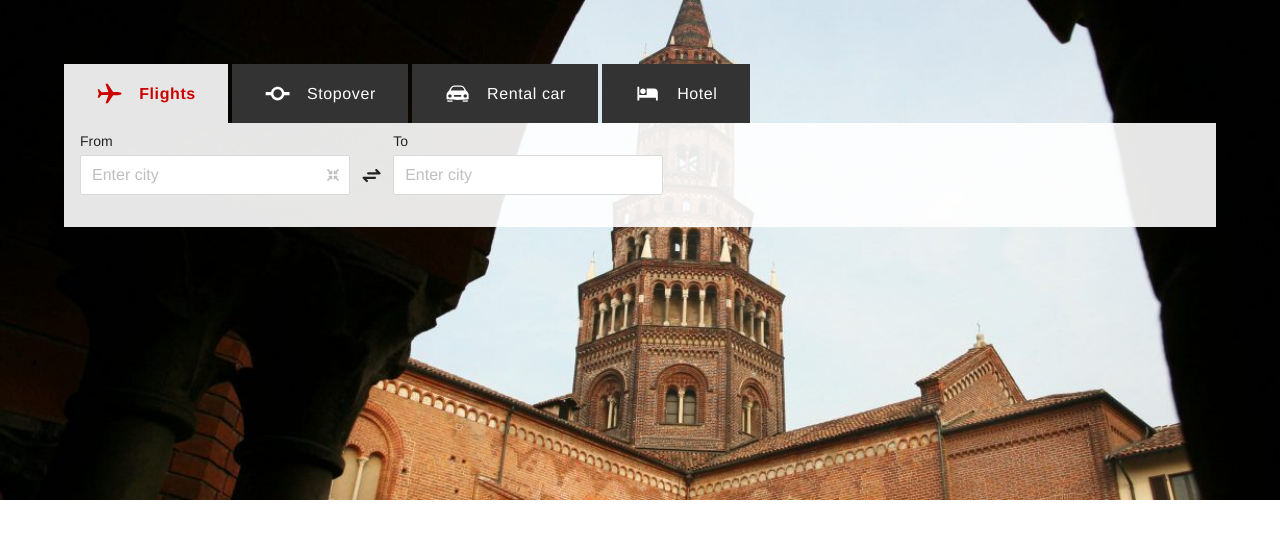
Repository: guidogr95/Everymundo-Excercise
Page: /
These files come from the project's save history. The page is drawn as it stood at one moment and after the next save; the edit follows.
The browser window is 1280 px wide. The pictures show the whole page.
The project was rebuilt for these pictures with package versions that can differ from the ones it lists, and the page was loaded fresh each time. Also part of the build but not shown: src/components/CustomSpin/customspin.scss.

Above is the page before, as saved 2021-07-01 17:11:24.

### src/App.jsx
// utils
import {
  QueryClient,
  QueryClientProvider,
} from 'react-query'
// styles
import 'antd/dist/antd.css';
import './app.scss';
// components
import BookingMask from 'src/components/BookingMask'

const queryClient = new QueryClient({
  defaultOptions: {
    queries: {
      refetchOnWindowFocus: false,
    },
  },
})

function App() {
  return (
    <QueryClientProvider client={queryClient}>
      <div className="App">
        <div className="flightmanager-container container" >
          <BookingMask />
        </div>
      </div>
    </QueryClientProvider>
  );
}

export default App;

### src/app.scss
@import 'styles/global';

.App {
  .container {
    width: $desktop-maxwidth;
    max-width: 100%;
  }
  .flightmanager-container {
    background: url('./assets/images/bg.jpg');
    background-size: cover;
    background-position: center;
    min-height: 500px;
    margin: auto;
    padding: 4rem;
  }
}

### src/components/BookingMask/index.jsx
import { useState } from 'react'
// styles
import './bookingmask.scss'
// assets
import { IoIosAirplane, IoMdGitCommit, IoIosCar, IoMdBed } from 'react-icons/io'
// components
import EmptyTab from './EmptyTab'
import FlightsTab from './FlightsTab'

const BookingMask = () => {
  const tabs = [
    {
      name: 'Flights',
      icon: <IoIosAirplane />,
      component: <FlightsTab />
    },
    {
      name: 'Stopover',
      icon: <IoMdGitCommit />,
      component: <EmptyTab />
    },
    {
      name: 'Rental car',
      icon: <IoIosCar />,
      component: <EmptyTab />
    },
    {
      name: 'Hotel',
      icon: <IoMdBed />,
      component: <EmptyTab />
    }
  ]

  const [activeTab, setActiveTab] = useState(tabs[0].name)
  const handleTab = name => setActiveTab(name)

  return (
    <section className="bookingmask" >
      <ul className="bookingmask__nav" >
        {tabs.map(tab =>
          <button
            className={activeTab === tab.name ? 'active' : ''}
            onClick={() => handleTab(tab.name)}
            key={tab.name}
          >
            {tab.icon}<span>{tab.name}</span>
          </button>
        )}
      </ul>
      <div className="bookingmask__tabs-wrapper" >
          {tabs.map(tab =>
            <div
              key={tab.name}
              className={`bookingmask__tab${activeTab === tab.name ? ' active' : ''}`}
            >
              {tab.component}
            </div>
          )}
      </div>
    </section>
  )
}

export default BookingMask

### src/styles/_global.scss
@import 'variables';
@import 'mixins';

html,
body {
  position: relative;
  padding: 0;
  margin: 0;
  font-family: $font-family;
  -webkit-text-size-adjust: 100%;
  -webkit-font-smoothing: auto;
  -moz-font-smoothing: auto;
  -moz-osx-font-smoothing: auto;
  --antd-wave-shadow-color: #c00;
}
* {
  box-sizing: border-box;
}
ul {
  margin: 0;
  padding: 0;
}
button {
  border: none;
  cursor: pointer;
}
.ant-select {
  min-width: 270px;
}
.ant-select:not(.ant-select-disabled):hover .ant-select-selector,
.ant-select-focused:not(.ant-select-disabled).ant-select:not(.ant-select-customize-input) .ant-select-selector {
  border-color: $color-red !important;
}
body::-moz-selection,
body::selection {
  color: $color-red !important;
  background: $color-red !important;
}

### src/styles/_variables.scss
// measurements
$desktop-maxwidth: 90rem;
// colors
$color-red: #c00;
$color-gray: #333333;
$color-white: #fff;
// fonts
// font-family
$font-family: SwissText,Helvetica,Arial,sans-serif,LufthansaMamSymbolText;
// font-weight
$font-weight-medium: 700;
$font-weight-small: 300;
// font-size
$font-size-normal: 1rem;
$font-size-large: 1.7rem;
// line height
$line-height-medium: 2.2rem;
// letter spacing
$letter-spacing-small: .6px;

// tab variables
// colors
$color-active-tab-bg: hsla(0,0%,100%,.9);
// padding
$padding-tab-link: 1rem 2rem;
$padding-tab-content: 2rem 1rem;
// margin
$margin-tab-link: 0 0 0 .25rem;

### src/styles/_mixins.scss
// MIXINS
@mixin breakpoint($point) {
  @media (max-width: $point) {
    @content;
  }
}

### src/components/BookingMask/bookingmask.scss
@import '/src/styles/variables';
.bookingmask {
  &__nav {
    list-style: none;
    button {
      &:not(:first-of-type) {
        margin: $margin-tab-link;
      }
      color: $color-white;
      background: $color-gray;
      padding: $padding-tab-link;
      display: inline-flex;
      align-items: center;
      font-size: $font-size-normal;
      font-weight: $font-weight-small;
      letter-spacing: $letter-spacing-small;
      &.active {
        color: $color-red;
        font-weight: $font-weight-medium;
        background-color: $color-active-tab-bg;
      }
      svg {
        margin-right: 1rem;
        font-size: $font-size-large;
      }
    }
  }
  &__tabs-wrapper {
    position: relative;
  }
  &__tab {
    position: absolute;
    top: 0;
    left: 0;
    right: 0;
    padding: $padding-tab-content;
    background-color: $color-active-tab-bg;
    display: none;
    &.active {
      display: block;
    }
  }
}

### src/components/BookingMask/EmptyTab/index.jsx
const EmptyTab = () => {
  return (
    <div>
      some more stuff
    </div>
  )
}

export default EmptyTab

### src/components/BookingMask/FlightsTab/index.jsx
// assets
import { CgArrowsExchange } from 'react-icons/cg'
import { FaCompressArrowsAlt } from 'react-icons/fa'
// components
import { useRef } from 'react'
import AirportInput from './AirportInput'

import './flightstab.scss'

const FlightsTab = ({ name, activeTab }) => {

  const fromRef = useRef(null)
  const toRef = useRef(null)

  return (
    <div className="bookingmask__flight" >
      <div className="bookingmask__flight--geo" >
        <AirportInput
          ref={fromRef}
          label="From"
          placeholder="Enter city"
          id="fromInput"
          showArrow={true}
          suffixIcon={<FaCompressArrowsAlt/>}
          />
        <span className="separator" >
          <CgArrowsExchange/>
        </span>
        <AirportInput
          ref={toRef}
          label="To"
          placeholder="Enter city"
          id="toInput"
          showArrow={false}
        />
      </div>
    </div>
  )
}

export default FlightsTab

### src/components/BookingMask/FlightsTab/AirportInput/index.jsx
import { forwardRef, useCallback, useState, useMemo } from 'react'
// utils
import throttle from 'lodash/throttle'
import { Select } from 'antd'
// api
import { fetchAirports } from 'src/api/fetchers'
// components
import CustomSpin from 'src/components/CustomSpin'

import './airportinput.scss'

const { Option } = Select;

const AirportInput = forwardRef(({ placeholder, showArrow, suffixIcon, label, id }, ref) => {
  const [term, setTerm] = useState('')
  const [isLoading, setIsLoading] = useState(false)
  const [data, setData] = useState([])

  const throttledFetch = useMemo(
    async() =>
      throttle(val => {
        fetchAirports(val)
        .then((res) => setData(res.data || []))
        .catch(() => setData([]))
        .finally(() => {
          setIsLoading(false)
        })
      }, 2000),
    []
  )
  const handleSelect = useCallback(
    val => {
      setIsLoading(true)
      const innerVal = val || ''
      setTerm(innerVal)
      // fetching api accepts a min of 3 letters for search
      if (innerVal.length <= 2) {
        setData([])
        setIsLoading(false)
      } else {
        throttledFetch(val)
      }
    },
    [throttledFetch]
  )

  return (
    <div className="airportinput__wrapper" >
      {label && <label htmlFor={id} >{label}</label>}
      <Select
        showSearch
        allowClear
        id={id}
        ref={ref}
        placeholder={placeholder || 'Enter city'}
        value={term || undefined}
        onSearch={handleSelect}
        onChange={(val) => setTerm(val)}
        onClear={handleSelect}
        size='large'
        showArrow={showArrow}
        suffixIcon={suffixIcon}
        optionLabelProp='value'
        defaultActiveFirstOption={false}
        dropdownClassName="airportinput__dropdown"
        filterOption={false}
        notFoundContent={isLoading ? <CustomSpin size="medium"/> : null}
      >
        {data.length > 0
          ? data.map(airport =>
            <Option key={airport.iata} value={`${airport.city} - ${airport.iata}`} >
              <span>{airport.name}</span>
              <span>{airport.iata}</span>
              <span>{airport.country.name}</span>
            </Option>)
          : null
        }
      </Select>
    </div>
  )
})

export default AirportInput

### src/components/BookingMask/FlightsTab/flightstab.scss
@import '/src/styles/variables';
.bookingmask__flight {
  &--geo {
    display: flex;
    .separator {
      display: flex;
      align-items: center;
      font-size: $font-size-large;
      padding: 0 .5rem;
    }
  }
}

### src/api/fetchers.js
// utils
import axios from 'axios'

const apiUrl = 'https://airportnames.vercel.app/api'

const fetchAirports = (term) => axios.post(`${apiUrl}/getAirports`, { term })

export {
  fetchAirports
}

### src/components/CustomSpin/index.jsx
import { Spin } from 'antd'
import { LoadingOutlined } from '@ant-design/icons'

import './customspin.scss'

const antIcon = <LoadingOutlined className="customspin" spin />

const CustomSpin = (props) => <Spin indicator={antIcon} {...props} />

export default CustomSpin

### src/components/BookingMask/FlightsTab/AirportInput/airportinput.scss
.airportinput__dropdown {
  .ant-select-item-empty {
    text-align: center;
  }
  .ant-select-item-option-content {
    display: flex;
    flex-direction: column;
    span:nth-of-type(2) {
      font-weight: bold;
    }
  }
}
.airportinput__wrapper {
  display: flex;
  flex-direction: column;
  position: relative;
  label {
    position: absolute;
    left: 0;
    bottom: calc(100% + .2rem);
  }
}

Loaded but not shown: public/index.html (common file); src/index.jsx (common file); src/reportWebVitals.js (common file)

After the next save:
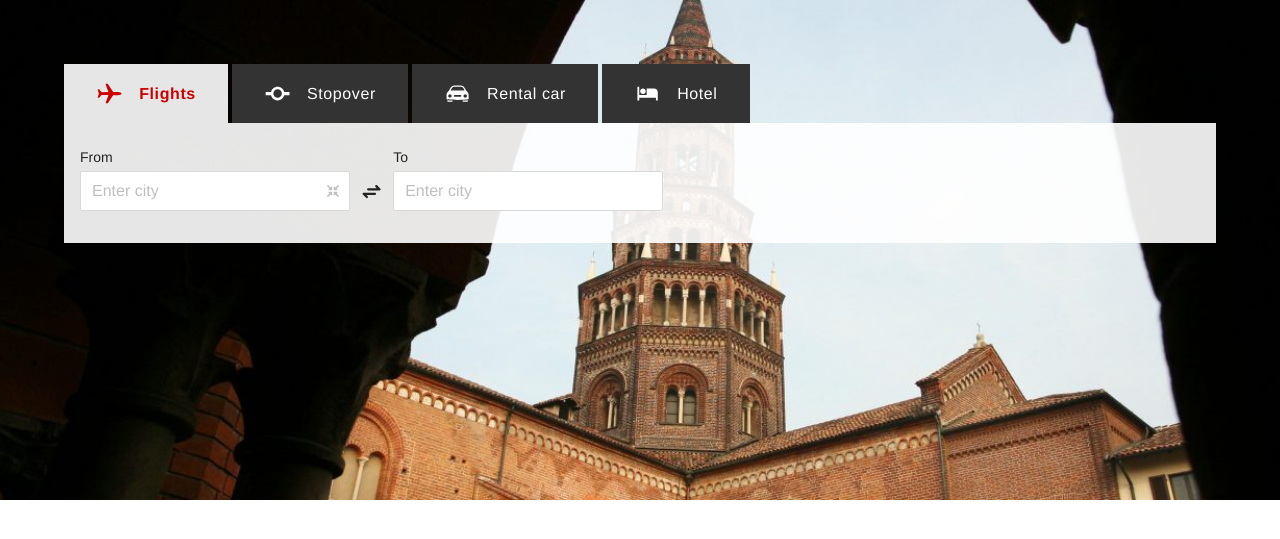
Saved 48 s later.
--- a/src/styles/_variables.scss
+++ b/src/styles/_variables.scss
@@ -23,6 +23,6 @@ $letter-spacing-small: .6px;
 $color-active-tab-bg: hsla(0,0%,100%,.9);
 // padding
 $padding-tab-link: 1rem 2rem;
-$padding-tab-content: 2rem 1rem;
+$padding-tab-content: 3rem 1rem 2rem 1rem;
 // margin
 $margin-tab-link: 0 0 0 .25rem;
